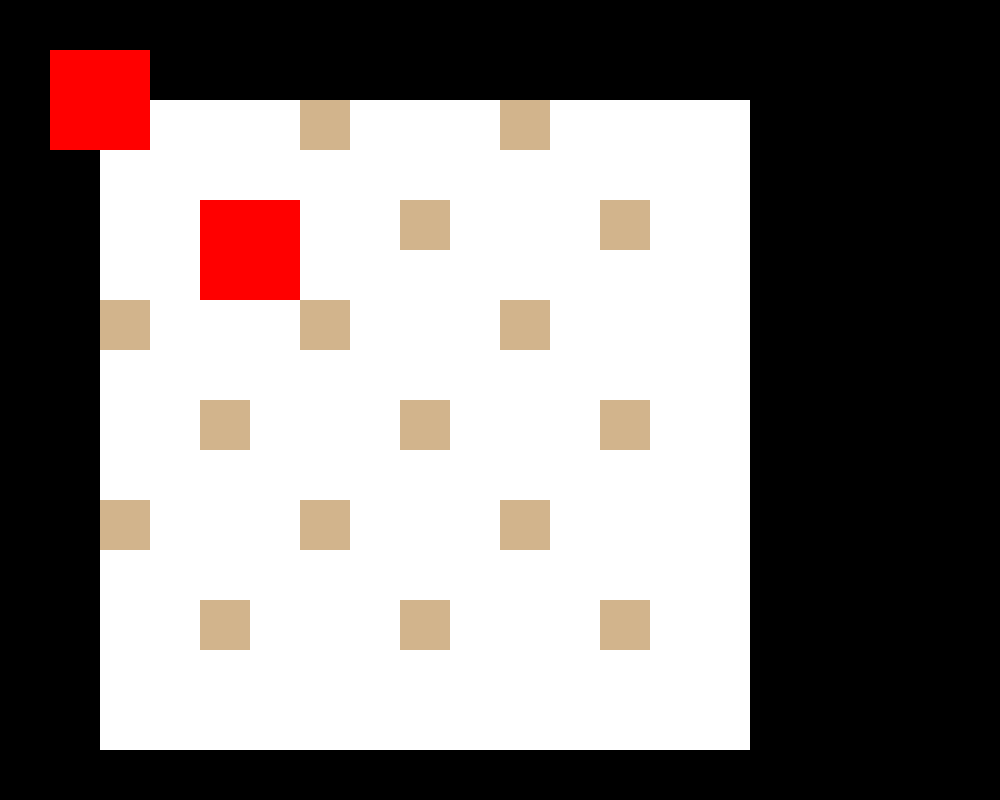
Repository: a-longe/capstone
Script's output: python engine/drag_n_drop_test.py
An editor plug-in stored every save of this project. The script's output is shown before and after a run of saves, followed by the edit.
The window is shown after at most 60 frames with no key pressed. Random numbers start from a fixed seed.

Above is the script's output before, as saved 2023-12-10 12:34:18.

After the next 2 saves:
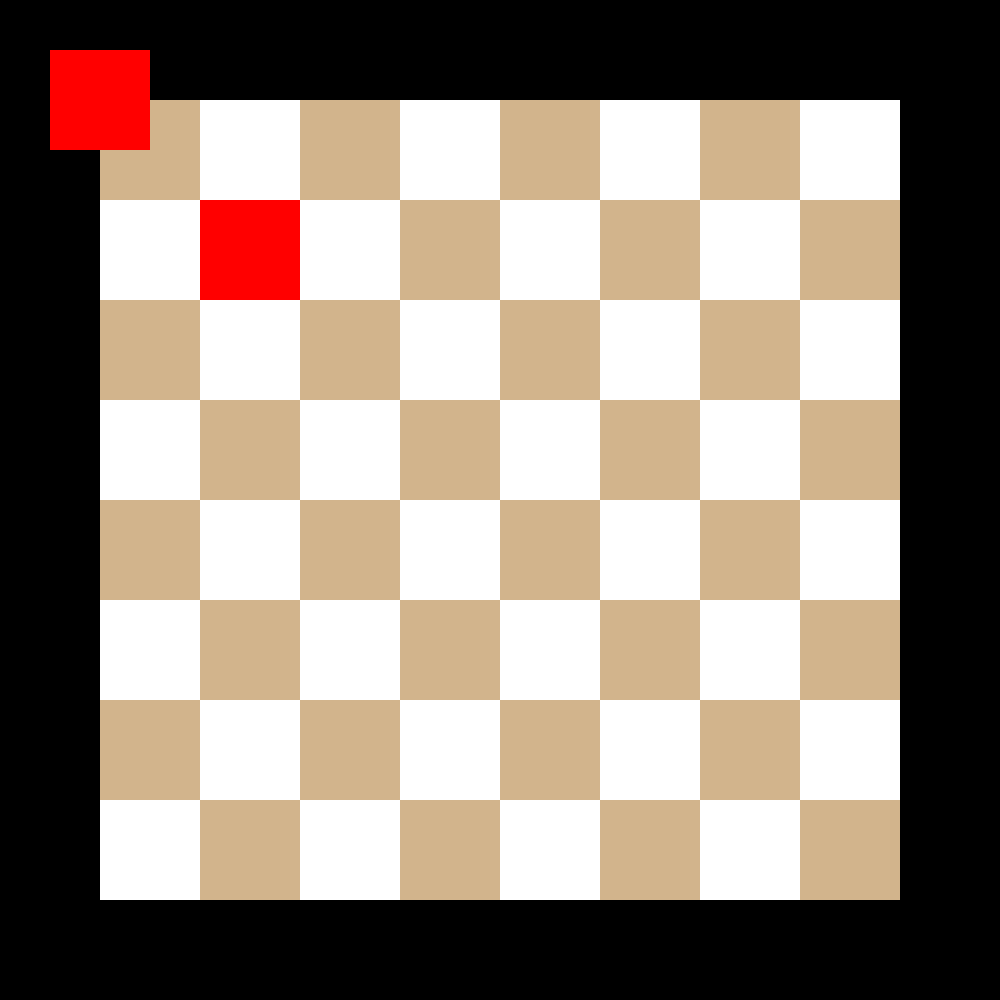
The 2 saves are shown as one change because 1 did not build or start.
The last was saved 43 s later.
--- a/engine/drag_n_drop_test.py
+++ b/engine/drag_n_drop_test.py
@@ -5,9 +5,9 @@ import math
 
 Cord = tuple[int, int]
 TOP_LEFT = 100
-BOTTOM_RIGHT = 700
-SQUARE_SIZE = 50
-BOARD_SIZE = 800
+BOTTOM_RIGHT = 900
+SQUARE_SIZE = 100
+SCREEN_SIZE = 1000
 
 
 def is_even(n):
@@ -83,7 +83,7 @@ class Board:
     # It has a number of methods that exist so other parts of the program can
     # inquire about the current state of the board
     def __init__(self, positions):
-        self.surface = pg.display.set_mode((BOARD_SIZE, BOARD_SIZE))
+        self.surface = pg.display.set_mode((SCREEN_SIZE, SCREEN_SIZE))
         self.players = []
         for pos in positions:
             self.players.append(Player(self, pos))
